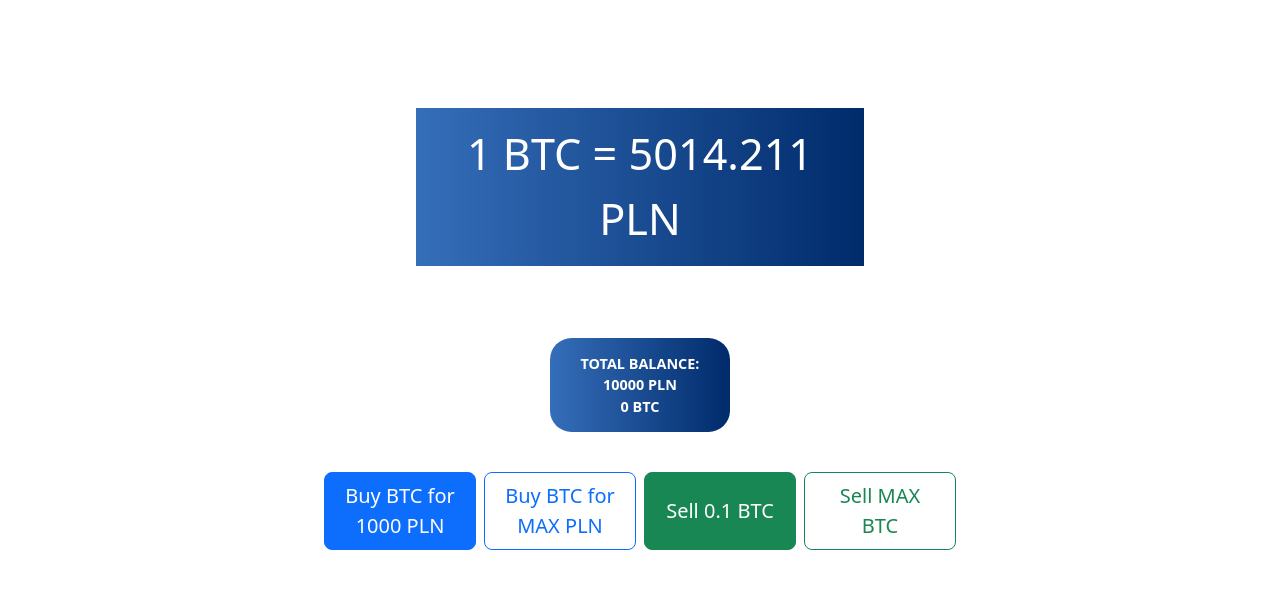
Repository: michalgornicki/bitcoin-virtual
Page: /
An editor plug-in stored every save of this project. The page is shown before and after a run of saves, followed by the edit.
The browser window is 1280 px wide. The pictures show the whole page.
The project was rebuilt for these pictures with package versions that can differ from the ones it lists, and the page was loaded fresh each time.

Above is the page before, as saved 2021-12-05 23:02:45.

After the next 3 saves:
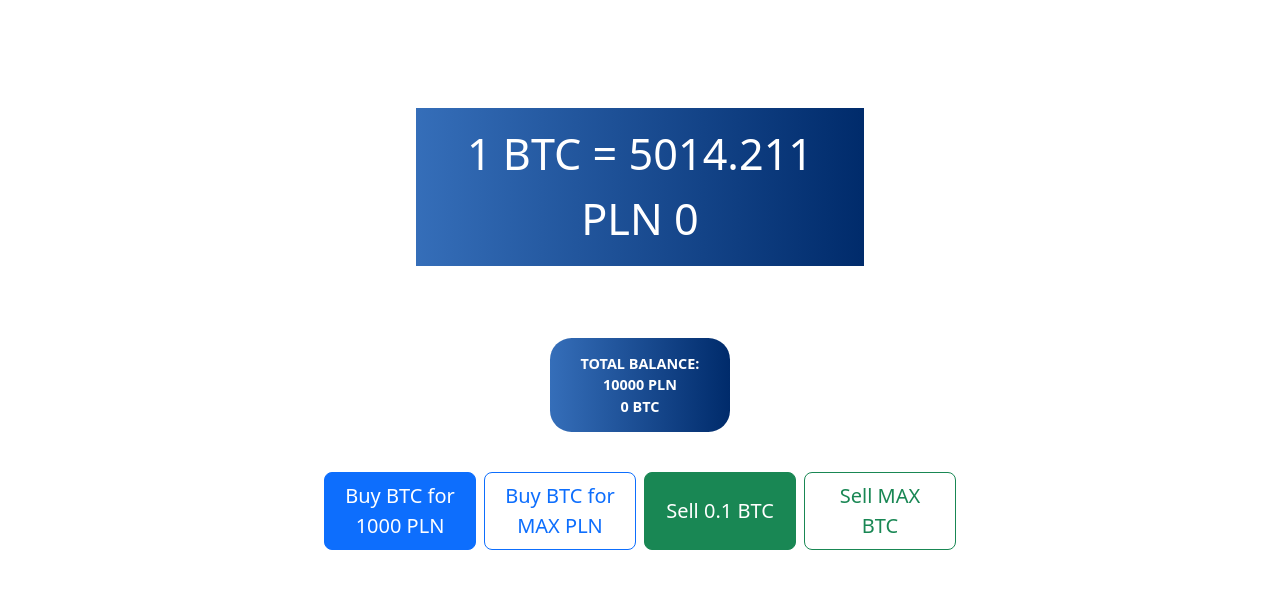
The 3 saves are shown as one change because they came seconds apart.
The last was saved 23 s later.
--- a/src/App.jsx
+++ b/src/App.jsx
@@ -70,7 +70,7 @@ function App() {
 
   return (
     <div className="wrapper">
-      <div className="price">1 BTC = {bitcoinPrice} PLN</div>
+      <div className="price">1 BTC = {bitcoinPrice} PLN {change}</div>
       <div className="account-container">
         <div className="account">TOTAL BALANCE:</div>
         <div className="account">{accountPLN} PLN</div>
